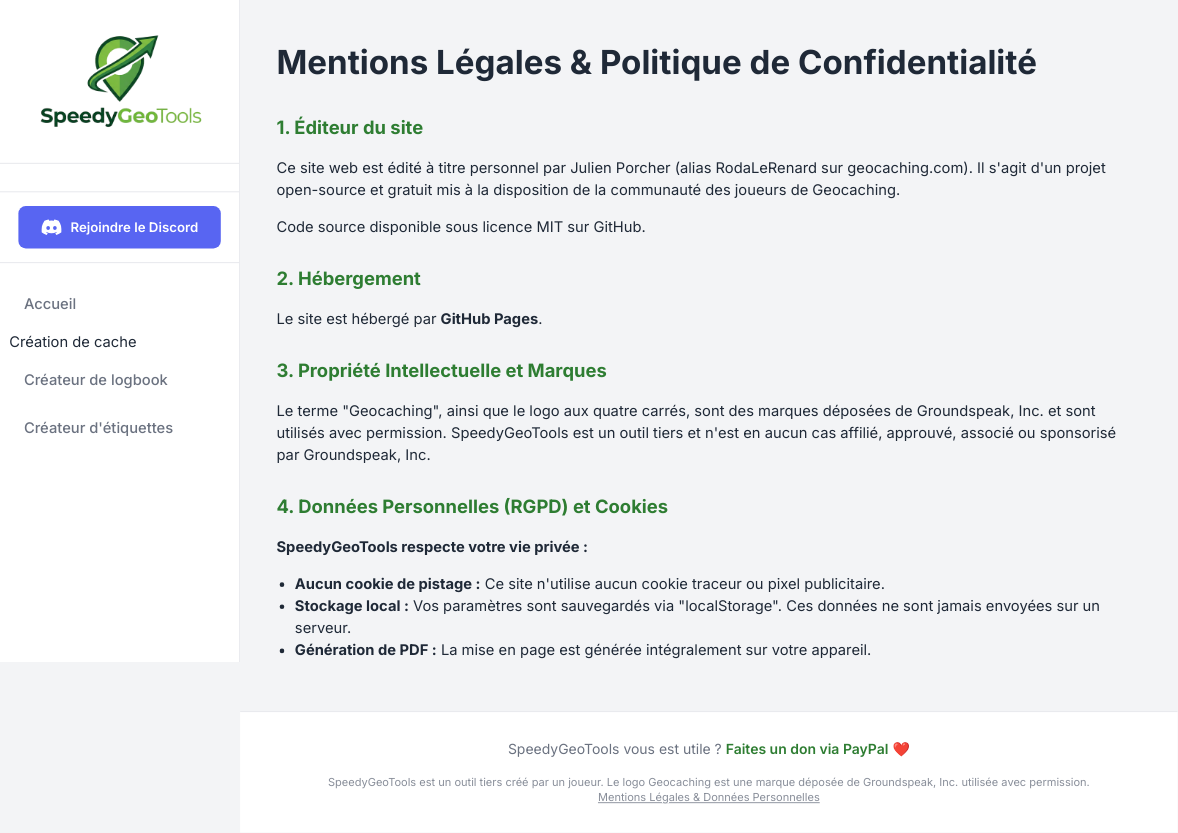
Repository: rodafux/SpeedyGeoTools
Page: mentions-legales.html
An editor plug-in stored every save of this project. The page is shown before and after the next save, followed by the edit.
The browser window is 1280 px wide. The pictures show the whole page, at 92% of full size.

Above is the page before, as saved 2026-04-10 19:34:06.

After the next save:
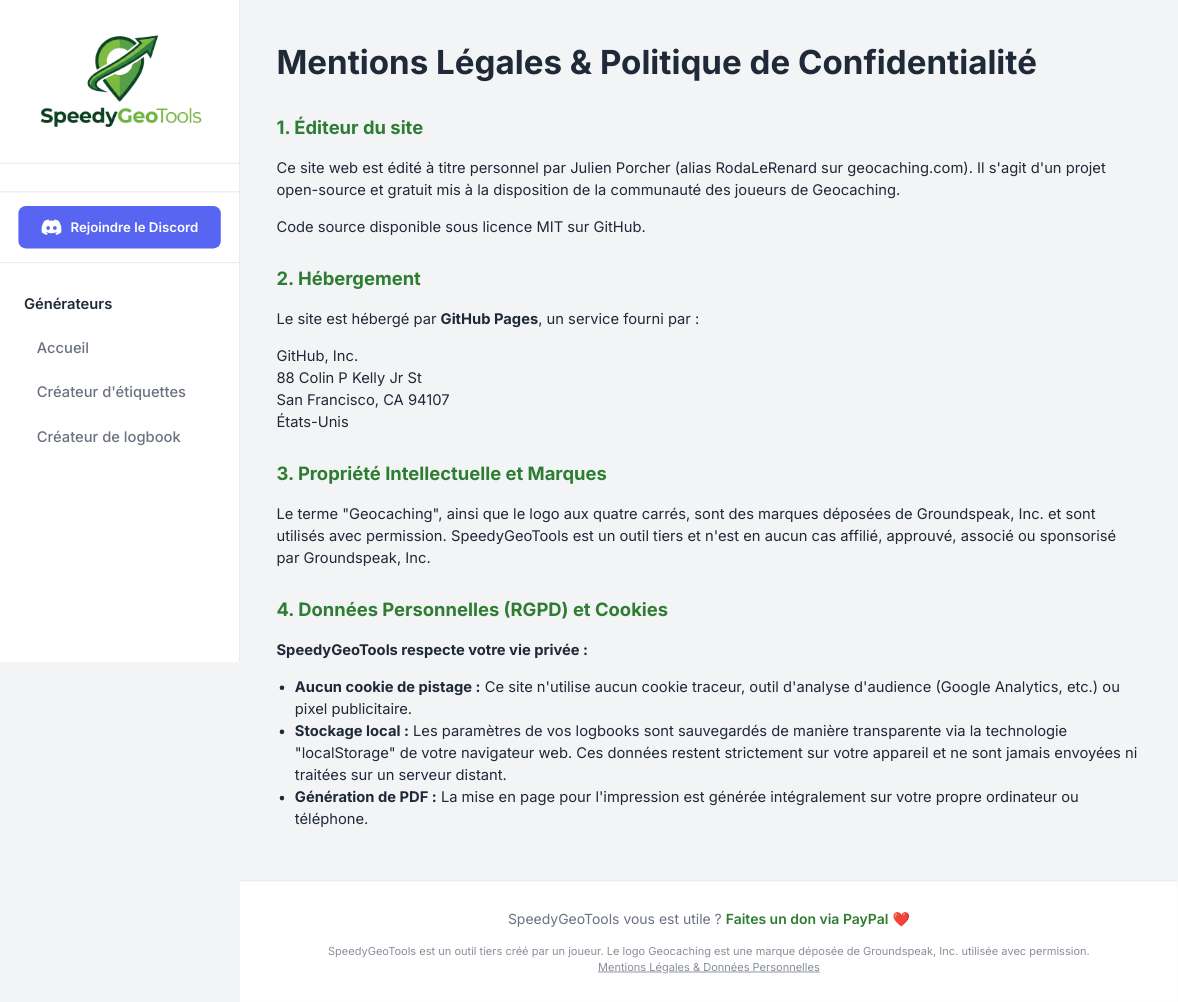
Saved 6 s later.
--- a/mentions-legales.html
+++ b/mentions-legales.html
@@ -20,14 +20,16 @@
                 <svg viewBox="0 0 127.14 96.36" width="22" height="22" fill="currentColor">
                     <path d="M107.7,8.07A105.15,105.15,0,0,0,81.47,0a72.06,72.06,0,0,0-3.36,6.83A97.68,97.68,0,0,0,49,6.83,72.37,72.37,0,0,0,45.64,0,105.89,105.89,0,0,0,19.39,8.09C2.79,32.65-1.71,56.6.54,80.21h0A105.73,105.73,0,0,0,32.71,96.36,77.7,77.7,0,0,0,39.6,85.25a68.42,68.42,0,0,1-10.85-5.18c.91-.66,1.8-1.34,2.66-2a75.57,75.57,0,0,0,64.32,0c.87.71,1.76,1.39,2.66,2a68.68,68.68,0,0,1-10.87,5.19,77,77,0,0,0,6.89,11.1A105.25,105.25,0,0,0,126.6,80.22h0C129.24,52.84,122.09,29.11,107.7,8.07ZM42.45,65.69C36.18,65.69,31,60,31,53s5-12.74,11.43-12.74S54,46,53.89,53,48.84,65.69,42.45,65.69Zm42.24,0C78.41,65.69,73.31,60,73.31,53s5-12.74,11.43-12.74S96.33,46,96.22,53,91.08,65.69,84.69,65.69Z"/>
                 </svg>
-                Rejoindre le Discord
+                <span>Rejoindre le Discord</span>
             </a>
         </div>
         <div class="sidebar-nav">
-            <a href="index.html">Accueil</a>
-            <div class="nav-category">Création de cache</div>
-            <a href="logbook.html">Créateur de logbook</a>
-            <a href="etiquettes.html">Créateur d'étiquettes</a>
+            <details open>
+                <summary>Générateurs</summary>
+                <a href="index.html">Accueil</a>
+                <a href="etiquettes.html">Créateur d'étiquettes</a>
+                <a href="logbook.html">Créateur de logbook</a>
+            </details>
         </div>
     </div>
     <div class="app-content">
@@ -37,15 +39,16 @@
             <p>Ce site web est édité à titre personnel par Julien Porcher (alias RodaLeRenard sur geocaching.com). Il s'agit d'un projet open-source et gratuit mis à la disposition de la communauté des joueurs de Geocaching.</p>
             <p>Code source disponible sous licence MIT sur GitHub.</p>
             <h2>2. Hébergement</h2>
-            <p>Le site est hébergé par <strong>GitHub Pages</strong>.</p>
+            <p>Le site est hébergé par <strong>GitHub Pages</strong>, un service fourni par :</p>
+            <p>GitHub, Inc.<br>88 Colin P Kelly Jr St<br>San Francisco, CA 94107<br>États-Unis</p>
             <h2>3. Propriété Intellectuelle et Marques</h2>
             <p>Le terme "Geocaching", ainsi que le logo aux quatre carrés, sont des marques déposées de Groundspeak, Inc. et sont utilisés avec permission. SpeedyGeoTools est un outil tiers et n'est en aucun cas affilié, approuvé, associé ou sponsorisé par Groundspeak, Inc.</p>
             <h2>4. Données Personnelles (RGPD) et Cookies</h2>
             <p><strong>SpeedyGeoTools respecte votre vie privée :</strong></p>
             <ul>
-                <li><strong>Aucun cookie de pistage :</strong> Ce site n'utilise aucun cookie traceur ou pixel publicitaire.</li>
-                <li><strong>Stockage local :</strong> Vos paramètres sont sauvegardés via "localStorage". Ces données ne sont jamais envoyées sur un serveur.</li>
-                <li><strong>Génération de PDF :</strong> La mise en page est générée intégralement sur votre appareil.</li>
+                <li><strong>Aucun cookie de pistage :</strong> Ce site n'utilise aucun cookie traceur, outil d'analyse d'audience (Google Analytics, etc.) ou pixel publicitaire.</li>
+                <li><strong>Stockage local :</strong> Les paramètres de vos logbooks sont sauvegardés de manière transparente via la technologie "localStorage" de votre navigateur web. Ces données restent strictement sur votre appareil et ne sont jamais envoyées ni traitées sur un serveur distant.</li>
+                <li><strong>Génération de PDF :</strong> La mise en page pour l'impression est générée intégralement sur votre propre ordinateur ou téléphone.</li>
             </ul>
         </div>
         <footer class="site-footer no-print">
@@ -56,6 +59,7 @@
             </p>
         </footer>
     </div>
+    <script type="text/javascript" src="//translate.google.com/translate_a/element.js?cb=googleTranslateElementInit"></script>
     <script src="js/main.js"></script>
 </body>
 </html>
